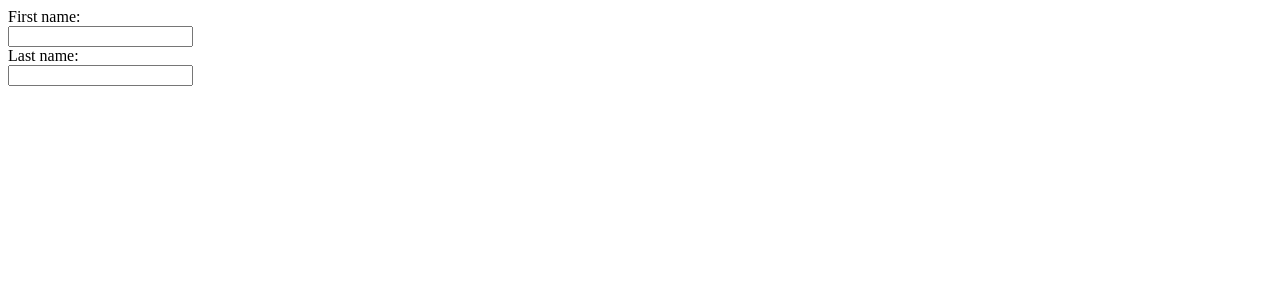
Repository: BaekJiGyeong/JSP
Page: http://localhost/AEA_Lesson0204/list.jsp
The author's editor kept a copy of each file at every save. The page is drawn from the files as they stood at one save, then again after the next save.
The browser window is 1280 px wide. The pictures show the whole page.
The page is served by Tomcat 9.

Above is the page before, as saved 2016-02-04 10:05:50.

After the next save:
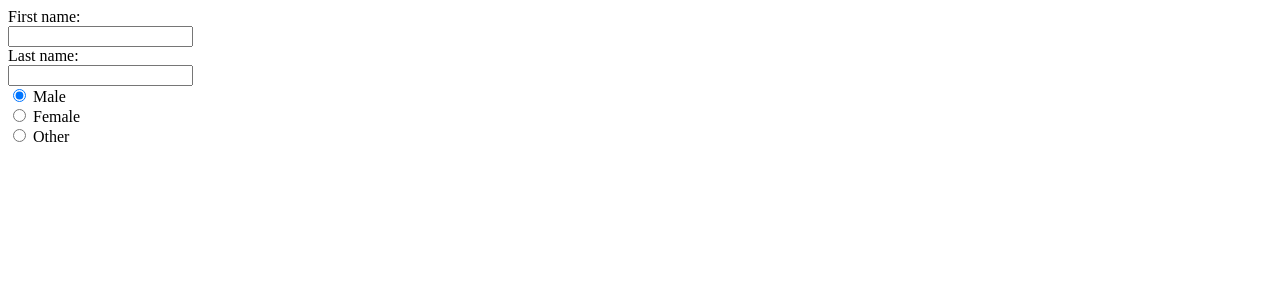
Saved 2 min 40 s later.
--- a/AEA_Lesson0204/WebContent/list.jsp
+++ b/AEA_Lesson0204/WebContent/list.jsp
@@ -16,5 +16,11 @@
   <input type="text" name="lastname">
 </form>
 
+<form>
+  <input type="radio" name="gender" value="male" checked> Male<br>
+  <input type="radio" name="gender" value="female"> Female<br>
+  <input type="radio" name="gender" value="other"> Other
+</form>
+
 </body>
 </html>
